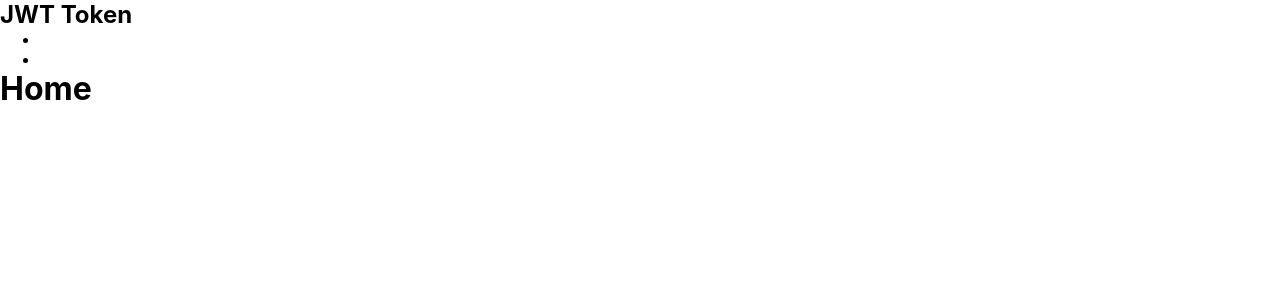
Repository: Prafullkuma/jwttoken
Page: /
An editor plug-in stored every save of this project. The page is shown before and after a run of saves, followed by the edit.
The browser window is 1280 px wide. The pictures show the whole page.
The project was rebuilt for these pictures with package versions that can differ from the ones it lists, and the page was loaded fresh each time. Also part of the build but not shown: src/App.css, src/component/Auth/Signup.js, src/component/Auth/Signin.js, src/component/User/User.js, src/component/Admin/Dashboard.js.

Above is the page before, as saved 2020-08-22 20:32:41.

After the next 5 saves:
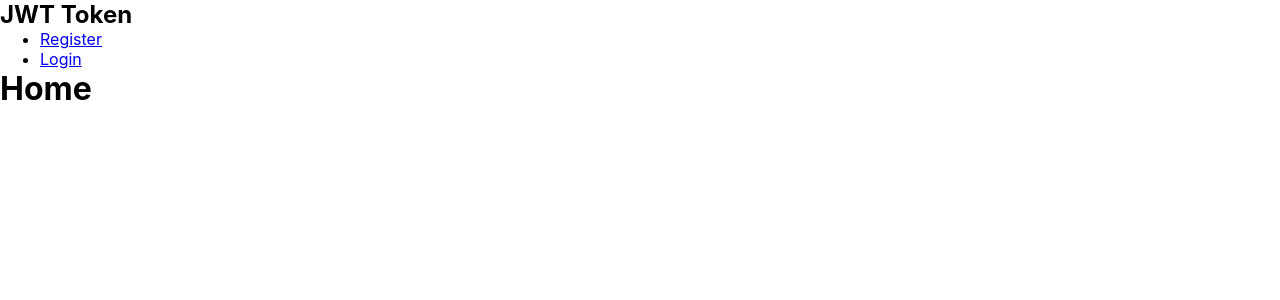
The 5 saves are shown as one change because 4 did not build or start.
The last was saved 22 min 9 s later.
--- a/src/component/Navbar.js
+++ b/src/component/Navbar.js
@@ -1,5 +1,5 @@
 import React from 'react'
-
+import { Link } from 'react-router-dom'
 function Navbar() {
     return (
         <div>
@@ -7,8 +7,8 @@ function Navbar() {
                 <h1>JWT Token</h1>
                 <nav className="navbar-items">
                     <ul>
-                        <li></li>
-                        <li></li>
+                        <li><Link to="/signup">Register</Link></li>
+                        <li><Link to="/signin">Login</Link></li>
                     </ul>
 
                 </nav>
